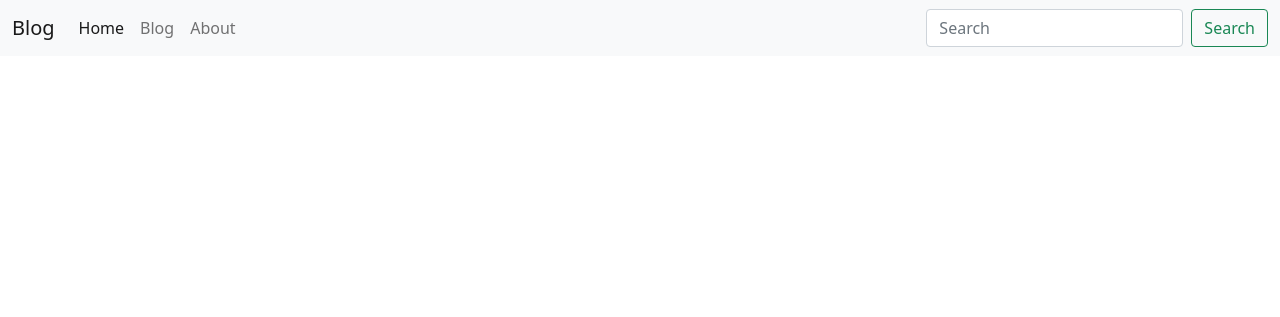
Repository: syni18/bootstrap_blog
Page: index.html
These files come from the project's save history. The page is drawn as it stood at one moment and after the next save; the edit follows.
The browser window is 1280 px wide. The pictures show the whole page.

Above is the page before, as saved 2023-10-25 21:00:54.

### index.html
<!DOCTYPE html>
<html lang="en">
<head>
    <meta charset="UTF-8">
    <meta name="viewport" content="width=device-width, initial-scale=1.0">
     <link href="https://cdn.jsdelivr.net/npm/bootstrap@5.0.2/dist/css/bootstrap.min.css" rel="stylesheet" integrity="sha384-EVSTQN3/azprG1Anm3QDgpJLIm9Nao0Yz1ztcQTwFspd3yD65VohhpuuCOmLASjC" crossorigin="anonymous">
    <script src="https://cdn.jsdelivr.net/npm/bootstrap@5.0.2/dist/js/bootstrap.bundle.min.js" integrity="sha384-MrcW6ZMFYlzcLA8Nl+NtUVF0sA7MsXsP1UyJoMp4YLEuNSfAP+JcXn/tWtIaxVXM" crossorigin="anonymous"></script>
    <title>Blogging</title>
</head>
<body>
    <nav class="navbar navbar-expand-lg navbar-light bg-light">
      <div class="container-fluid">
        <a class="navbar-brand" href="#">
          Blog
        </a>
        <button
          class="navbar-toggler"
          type="button"
          data-bs-toggle="collapse"
          data-bs-target="#navbarSupportedContent"
          aria-controls="navbarSupportedContent"
          aria-expanded="false"
          aria-label="Toggle navigation"
        >
          <span class="navbar-toggler-icon"></span>
        </button>
        <div class="collapse navbar-collapse" id="navbarSupportedContent">
          <ul class="navbar-nav me-auto mb-2 mb-lg-0">
            <li class="nav-item">
              <a class="nav-link active" aria-current="page" href="#">
                Home
              </a>
            </li>
            <li class="nav-item">
              <a class="nav-link" href="#">
                Blog
              </a>
            </li>
            <!-- <li class="nav-item dropdown">
              <a
                class="nav-link dropdown-toggle"
                href="#"
                id="navbarDropdown"
                role="button"
                data-bs-toggle="dropdown"
                aria-expanded="false"
              >
                Dropdown
              </a>
              <ul class="dropdown-menu" aria-labelledby="navbarDropdown">
                <li>
                  <a class="dropdown-item" href="#">
                    Action
                  </a>
                </li>
                <li>
                  <a class="dropdown-item" href="#">
                    Another action
                  </a>
                </li>
                <li>
                  <hr class="dropdown-divider" />
                </li>
                <li>
                  <a class="dropdown-item" href="#">
                    Something else here
                  </a>
                </li>
              </ul>
            </li> -->
            <li class="nav-item">
              <a class="nav-link" href="#">
                About
              </a>
            </li>
          </ul>
          <form class="d-flex">
            <input
              class="form-control me-2"
              type="search"
              placeholder="Search"
              aria-label="Search"
            />
            <button class="btn btn-outline-success" type="submit">
              Search
            </button>
          </form>
        </div>
      </div>
    </nav>
</body>
</html>

After the next save:
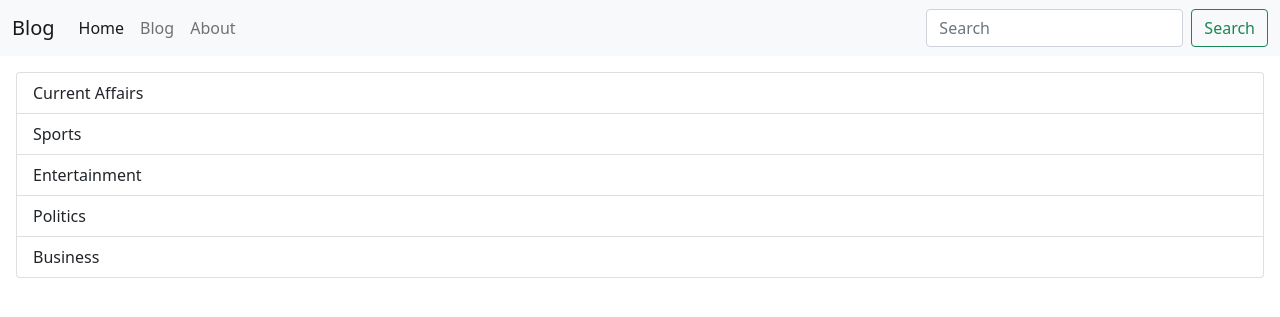
Saved 14 s later.
--- a/index.html
+++ b/index.html
@@ -88,5 +88,15 @@
         </div>
       </div>
     </nav>
+            <div class="offcanvas-body">
+          <ul class="list-group">
+            <li class="list-group-item">Current Affairs</li>
+            <li class="list-group-item">Sports</li>
+            <li class="list-group-item">Entertainment</li>
+            <li class="list-group-item">Politics</li>
+            <li class="list-group-item">Business</li>
+
+          </ul>
+        </div>
 </body>
 </html>
